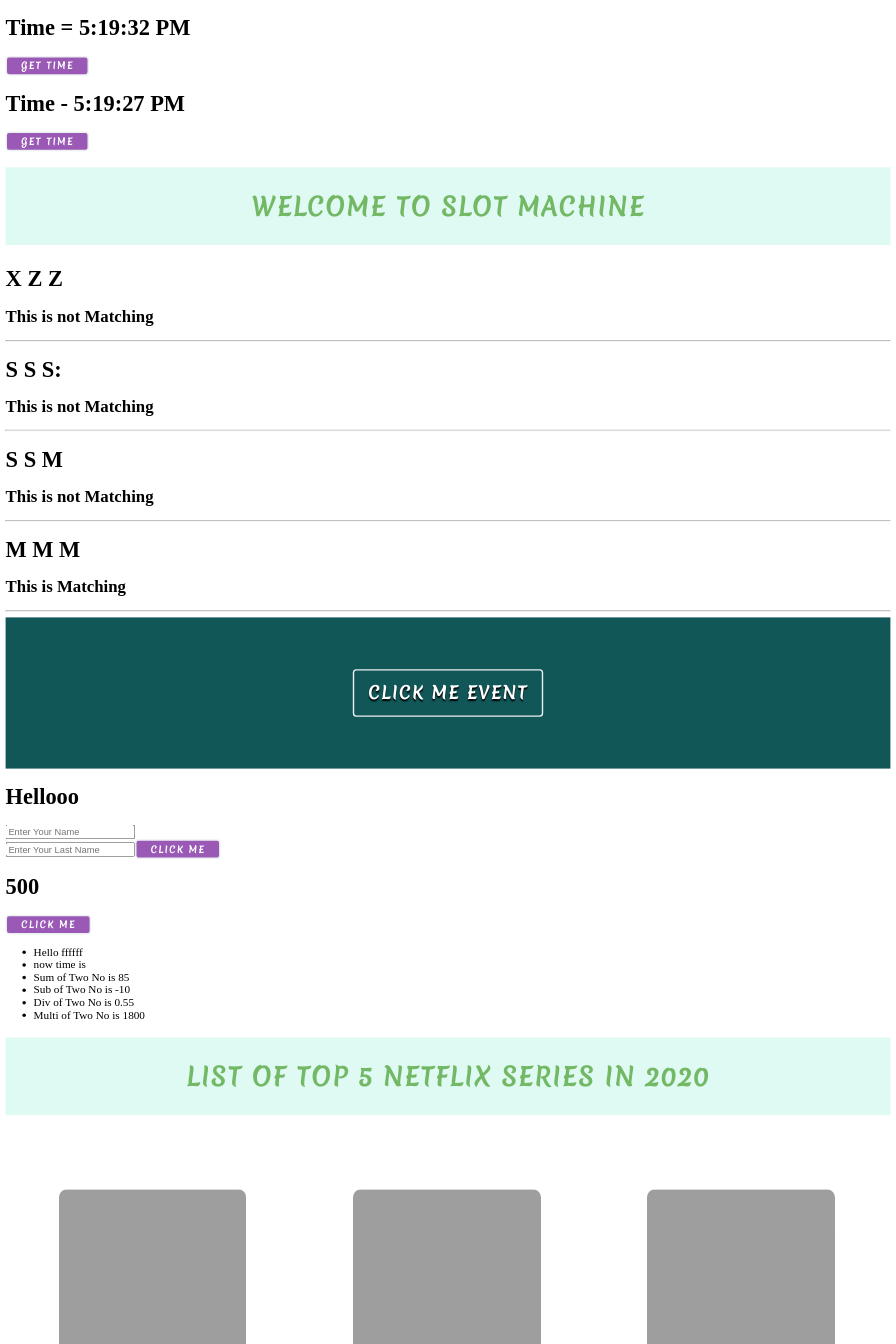
Repository: hardik2626/reactlearn2020
Page: /
The author's editor kept a copy of each file at every save. The page is drawn from the files as they stood at one save, then again after the next save.
The browser window is 1280 px wide. The pictures show the part of the page from y = 0 to 1920 px (the page is 2722 px tall before and 2673 px after), at 70% of full size.
Pictures or frames that could not be fetched are drawn as grey boxes. The project was rebuilt for these pictures with package versions that can differ from the ones it lists, and the page was loaded fresh each time.

Above is the page before, as saved 2020-10-13 10:35:11.

After the next save:
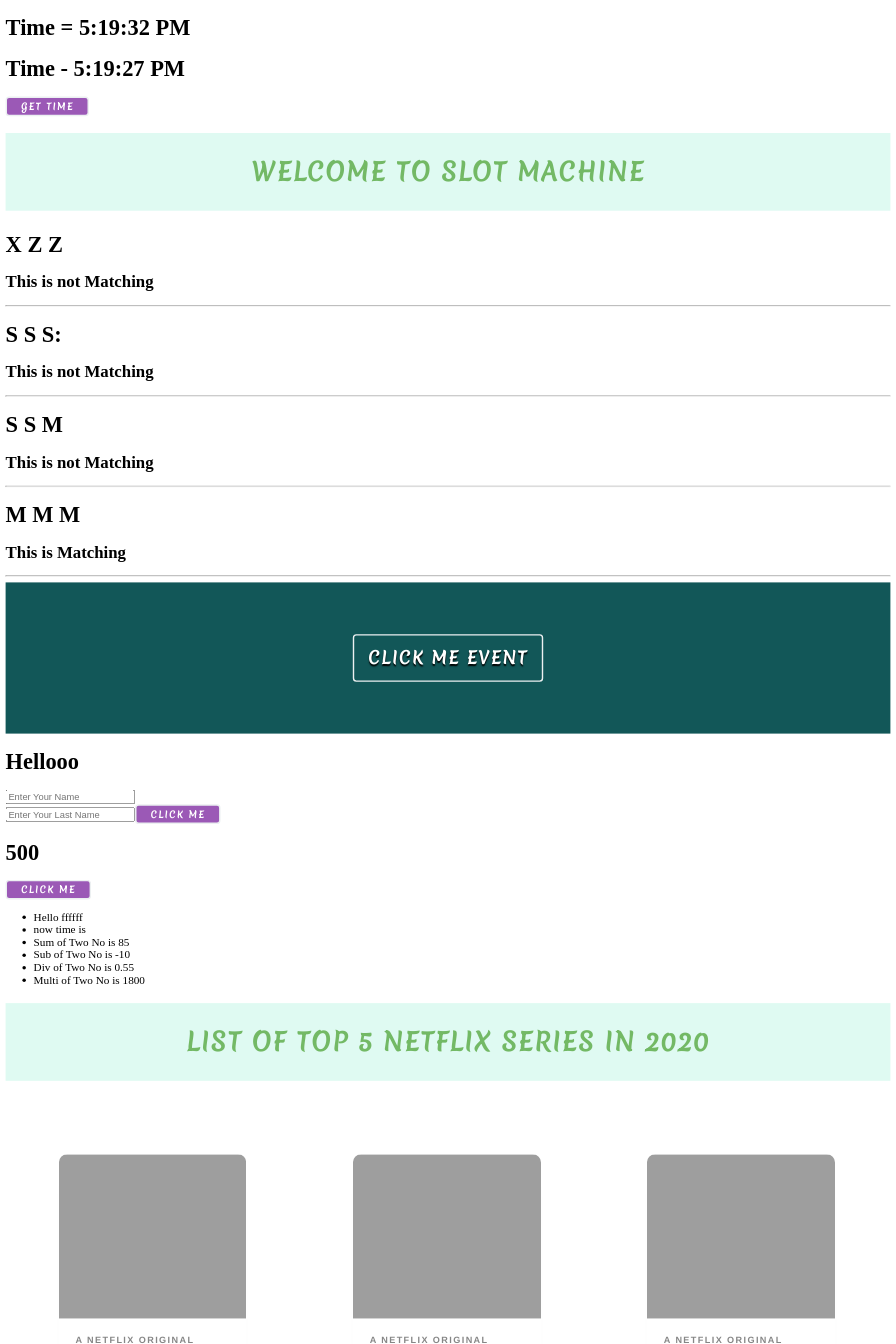
Saved 44 s later.
--- a/src/DigitalClock.js
+++ b/src/DigitalClock.js
@@ -13,7 +13,7 @@ const DigitalClock = () => {
     return(
         <div>
             <h1>Time = {ltTime}</h1>
-            <button onClick={UpdateTime}>Get Time</button>
+
         </div>
     )
 }
